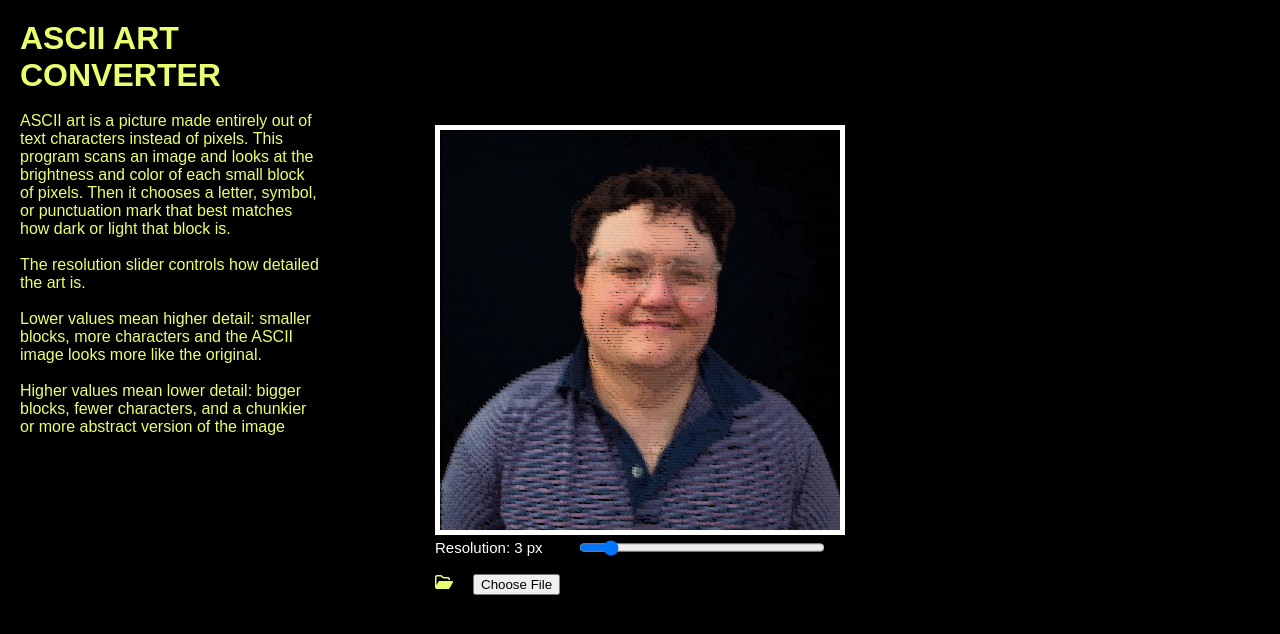
Repository: rosieomusic/ascii-art
Page: index.html
These files come from the project's save history. The page is drawn as it stood at one moment and after the next save; the edit follows.
The browser window is 1280 px wide. The pictures show the whole page.
Some web libraries are served in a nearby version.

Above is the page before, as saved 2025-05-06 16:46:33.

### index.html
<!DOCTYPE html>
<html>
	<head>
		<meta charset="UTF-8" />
		<meta
			http-equiv="X-UA-Compatible"
			content="IE-edge"
		/>
		<title>ASCII CONVERTER</title>
		<link
			rel="stylesheet"
			href="styles.css"
		/>
		<script
			src="https://kit.fontawesome.com/56e0d45a0e.js"
			crossorigin="anonymous"
		></script>
	</head>
	<body>
		<div class="container">
			<canvas id="canvas1"></canvas>
			<div class="controls">
				<label
					for="resolution"
					id="resolutionLabel"
					>Resolution 5 px</label
				>
				<input
					type="range"
					id="resolution"
					name="resolution"
					min="1"
					max="20"
					value="3"
				/>
			</div>
			<br />
			<div id="upload">
				<i class="fa-regular fa-folder-open"></i>

				<input
					type="file"
					id="imageUpload"
					accept="image/*"
				/>
				<label
					for="imageUpload"
					class="upload-btn"
				></label>
				<pre id="ascii-output"></pre>
				<canvas
					id="canvas2"
					style="display: none"
				></canvas>
			</div>
		</div>
		<div id="explaination">
			<h1>ASCII ART CONVERTER</h1>
			<br />
			<p>
				ASCII art is a picture made entirely out of text characters instead of
				pixels. This program scans an image and looks at the brightness and
				color of each small block of pixels. Then it chooses a letter, symbol,
				or punctuation mark that best matches how dark or light that block is.
			</p>
			<br />
			<p>The resolution slider controls how detailed the art is.</p>
			<br />
			<p>
				Lower values mean higher detail: smaller blocks, more characters and the
				ASCII image looks more like the original.
			</p>
			<br />
			<p>
				Higher values mean lower detail: bigger blocks, fewer characters, and a
				chunkier or more abstract version of the image
			</p>
		</div>

		<script src="script.js"></script>
	</body>
</html>

### styles.css
* {
	margin: 0;
	padding: 0;
	/* box-sizing: border-box; */
}
body {
	background: black;
}
.container {
	position: absolute;
	top: 50%;
	left: 50%;
	transform: translate(-50%, -50%);
}
#canvas1 {
	border: 5px solid white;
}
.controls {
	display: flex;
}
.controls > input {
	width: 60%;
}
.controls > label {
	font-family: Arial, Helvetica, sans-serif;
	width: 35%;
	color: white;
	font-size: 15px;
}
i {
	color: #e9ff70;
	margin-right: 20px;
}
#upload {
	display: flex;
}
.upload-btn:hover {
	cursor: pointer;
}

#explaination {
	font-family: Arial, Helvetica, sans-serif;
	margin: 20px;
	width: 300px;
	color: #e9ff70;
}

### script.js
const inputSlider = document.getElementById('resolution');
const inputLabel = document.getElementById('resolutionLabel');
const canvas = document.getElementById('canvas1');
const ctx = canvas.getContext('2d');

const image1 = new Image();
image1.src = 'img/roseomalleyheadshotblack.png';
inputSlider.addEventListener('change', handleSlider);

const imageUpload = document.getElementById('imageUpload');

imageUpload.addEventListener('change', function (event) {
	const file = event.target.files[0];
	if (!file) return;

	const reader = new FileReader();
	reader.onload = function (e) {
		image1.src = e.target.result; // This re-triggers image1.onload
	};
	reader.readAsDataURL(file);
});

class Cell {
	constructor(x, y, symbol, color, size) {
		this.x = x;
		this.y = y;
		this.symbol = symbol;
		this.color = color;
		this.size = size;
		//this.padding = this.size * 0.2;
	}
	draw(ctx) {
		ctx.font = `${this.size * 2}px Courier New`;
		//ctx.fillStyle = 'yellow';
		ctx.fillText(this.symbol, this.x + 1, this.y + 1, +this.size);

		ctx.fillStyle = this.color;
		ctx.fillText(this.symbol, this.x, this.y, this.size);
		ctx.textBaseline = 'top';
	}
}
class AsciiEffect {
	#imageCellArray = [];
	#pixels = [];
	#ctx;
	#width;
	#height;
	constructor(ctx, width, height) {
		this.#ctx = ctx;
		this.#width = width;
		this.#height = height;
		this.#ctx.drawImage(image1, 0, 0, this.#width, this.#height);
		this.#pixels = this.#ctx.getImageData(0, 0, this.#width, this.#height);
		//console.log(this.#pixels.data);
	}
	#convertToSymbol(g) {
		// @#W$9876543210?!abc;:+=-,._
		// .,:ilwW"
		// '$@B%8&WM#*oahkbdpqwmZO0QLCJUYXzcvunxrjft/|()1{}[]?-_+~<>i!lI;:,"^`'
		//`^",:;Il!i><~+_-?][}{1)(|/tfjrxnuvczXYUJCLQ0OZmwqpdbkhao*#MW&8%B@$

		const asciiGradient =
			' .`^",:;Il!i><~+_-?][}{1)(|/tfjrxnuvczXYUJCLQ0OZmwqpdbkhao*#MW&8%B@$';

		const index = Math.floor((g / 255) * (asciiGradient.length - 1));
		return asciiGradient[index];
	}

	#scanImage(cellSize) {
		this.#imageCellArray = [];
		const stepX = Math.floor(cellSize * 0.6);
		const stepY = cellSize;
		for (let y = 0; y < this.#pixels.height; y += stepY) {
			for (let x = 0; x < this.#pixels.width; x += stepX) {
				if (x >= this.#pixels.width || y >= this.#pixels.height) continue;
				const posX = x * 4;
				const posY = y * 4;
				const pos = (y * this.#pixels.width + x) * 4;

				if (this.#pixels.data[pos + 3] > 128) {
					const red = this.#pixels.data[pos];
					const green = this.#pixels.data[pos + 1];
					const blue = this.#pixels.data[pos + 2];
					const grayscale = 0.2126 * red + 0.7152 * green + 0.0722 * blue;

					//const color = 'yellow';
					//const color = grayscale > 110 ? 'white' : 'black';
					const total = red + green + blue;
					const averageColorValue = total / 3;
					const color = `rgb(${red}, ${green}, ${blue})`;
					const symbol = this.#convertToSymbol(averageColorValue);
					if (symbol)
						this.#imageCellArray.push(new Cell(x, y, symbol, color, cellSize));
				}
			}
		}
		//console.log(this.#imageCellArray);
	}
	#drawAscii() {
		this.#ctx.clearRect(0, 0, this.#width, this.#height);
		for (let i = 0; i < this.#imageCellArray.length; i++) {
			this.#imageCellArray[i].draw(this.#ctx);
		}
	}
	draw(cellSize) {
		this.#scanImage(cellSize);
		this.#drawAscii();
	}
}
let effect;
function handleSlider() {
	//console.log('Slider value: ', inputSlider.value);
	if (inputSlider.value == 1) {
		inputLabel.innerHTML = 'Original Image';
		ctx.drawImage(image1, 0, 0, canvas.width, canvas.height);
	} else {
		inputLabel.innerHTML = 'Resolution: ' + inputSlider.value + ' px';
		ctx.font = parseInt(inputSlider.value) * 2 + 'px Courier New';
		effect.draw(parseInt(inputSlider.value));
	}
}
image1.onload = function initialize() {
	//console.log('Image loaded: ', image1.src);
	//console.log('Image dimiensions: ', image1.width, image1.height);
	const maxDimension = 550;

	let scale = Math.min(
		maxDimension / image1.width,
		maxDimension / image1.height,
		1
	);

	const scaledWidth = image1.width * scale;
	const scaledHeight = image1.height * scale;
	canvas.width = scaledWidth;
	canvas.height = scaledHeight;

	ctx.clearRect(0, 0, canvas.width, canvas.height);
	ctx.drawImage(image1, 0, 0, scaledWidth, scaledHeight);

	effect = new AsciiEffect(ctx, scaledWidth, scaledHeight);
	//effect.draw(parseInt(inputSlider.value));

	const base64Image = canvas.toDataURL(image1);
	//console.log('Base64 image:', base64Image);

	handleSlider();
};
const string =
	'$@B%8&WM#*oahkbdpqwmZO0QLCJUYXzcvunxrjft/|()1{}[]?-_+~<>i!lI;:,"^`';

function reverseString(str) {
	const reversed = str.split('').reverse().join('');
	console.log(reversed);
	return reversed;
}

reverseString(string);

After the next save:
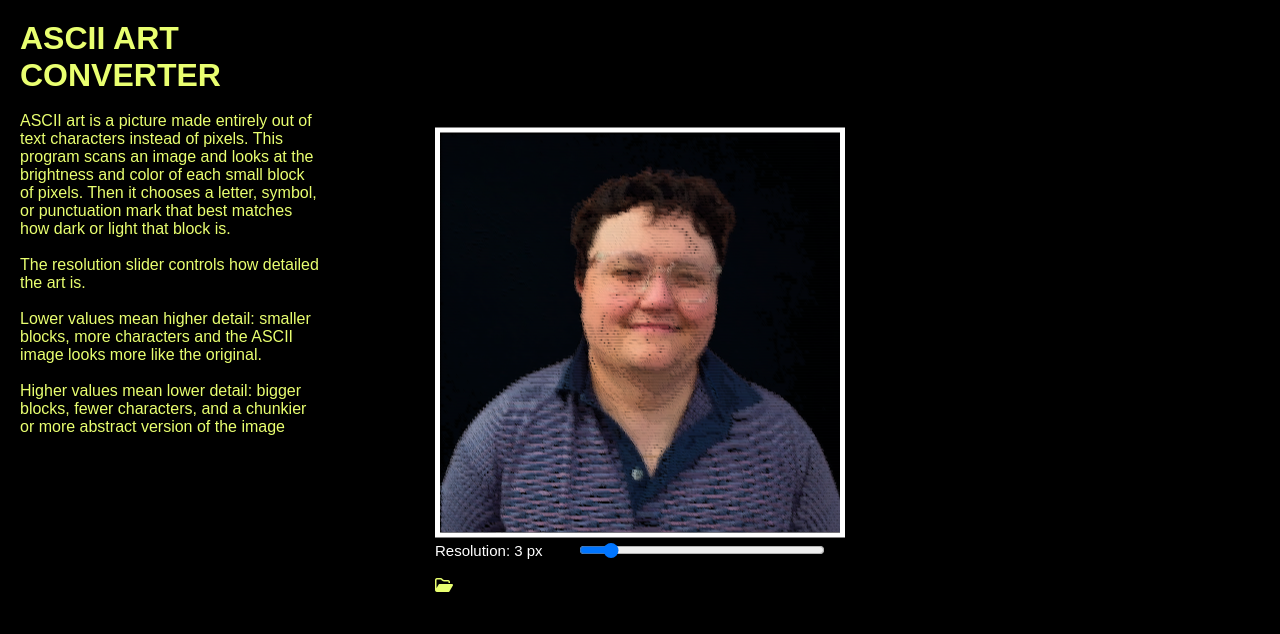
Saved 57 s later.
--- a/styles.css
+++ b/styles.css
@@ -31,6 +31,9 @@ i {
 	color: #e9ff70;
 	margin-right: 20px;
 }
+#imageUpload {
+	display: none;
+}
 #upload {
 	display: flex;
 }
